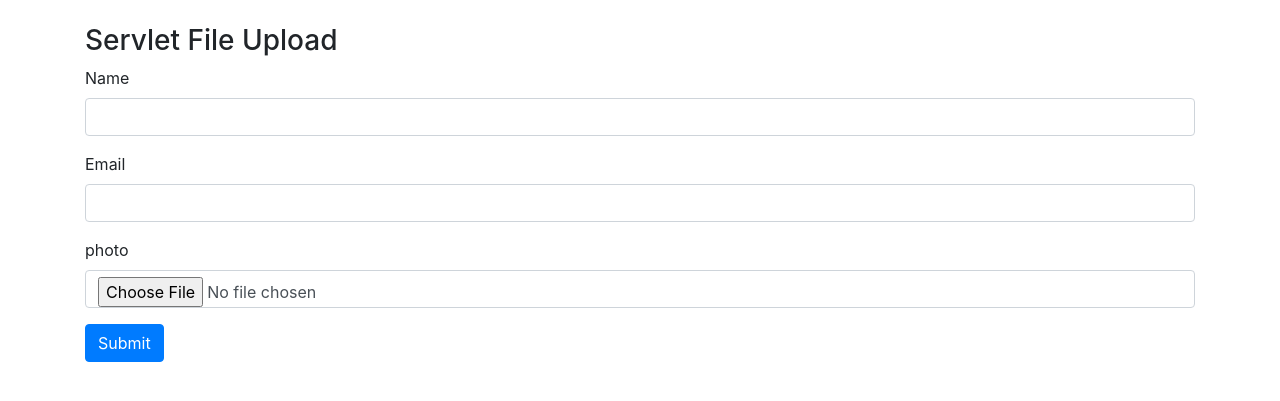
Repository: hnineiphyu-128/JavaEE_Exeercise_Lession
Page: http://localhost/07-Servlet-FileUpload/
These files come from the project's save history. The page is drawn as it stood at one moment and after the next save; the edit follows.
The browser window is 1280 px wide. The pictures show the whole page.
The page is served by Tomcat 9. Other server files are loaded and not shown.

Above is the page before, as saved 2020-12-21 09:59:51.

### 07-Servlet-FileUpload/src/main/webapp/index.jsp
<%@ page language="java" contentType="text/html; charset=ISO-8859-1"
    pageEncoding="ISO-8859-1"%>
<%@ taglib uri="http://java.sun.com/jsp/jstl/core" prefix="c" %>
<!DOCTYPE html>
<html>
<head>
<meta charset="ISO-8859-1">
<title>File Upload</title>

<!-- CSS -->
<link href="common/css/bootstrap.min.css" rel="stylesheet" type="text/css"/>

<!-- JS -->
<script type="text/javascript" src="common/js/jquery.min.js"></script>
<script type="text/javascript" src="common/js/bootstrap.min.js"></script>

</head>
<body>

	<div class="container">
	<div class="row">
		<div class="col my-4">
			<h3>Servlet File Upload</h3>
			<c:url value="/register" var="action"></c:url>
			<form action="${action}" method="post" enctype="multipart/form-data">
				<div class="mb-3">
					<label for="name" class="form-label">Name</label>
					<input type="text" class="form-control" id="name" name="name" required="required">
				</div>
				<div class="mb-3">
					<label for="email" class="form-label">Email</label>
					<input type="email" class="form-control" id="email" name="email" required="required">
				</div>
				<div class="mb-3">
					<label for="photo" class="form-label">photo</label>
					<input type="file" class="form-control" id="photo" name="photo" required="required">
				</div>
				<button type="submit" class="btn btn-primary">Submit</button>
			</form>
		</div>
	</div>
	</div>
</body>
</html>

Loaded but not shown: 07-Servlet-FileUpload/src/main/webapp/common/css/bootstrap.min.css (library); 07-Servlet-FileUpload/src/main/webapp/common/js/jquery.min.js (library); 07-Servlet-FileUpload/src/main/webapp/common/js/bootstrap.min.js (library)

After the next save:
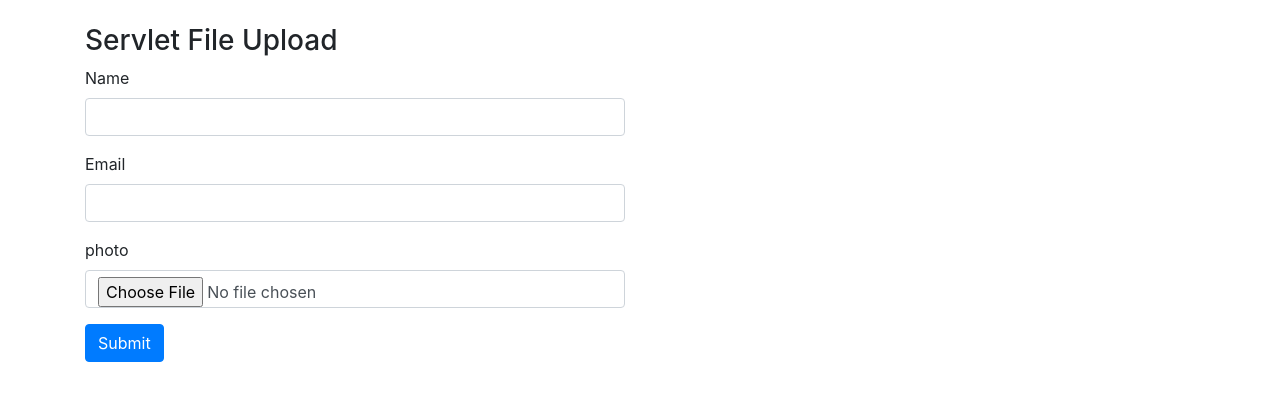
Saved 36 s later.
--- a/07-Servlet-FileUpload/src/main/webapp/index.jsp
+++ b/07-Servlet-FileUpload/src/main/webapp/index.jsp
@@ -19,7 +19,7 @@
 
 	<div class="container">
 	<div class="row">
-		<div class="col my-4">
+		<div class="col-md-6 my-4">
 			<h3>Servlet File Upload</h3>
 			<c:url value="/register" var="action"></c:url>
 			<form action="${action}" method="post" enctype="multipart/form-data">
